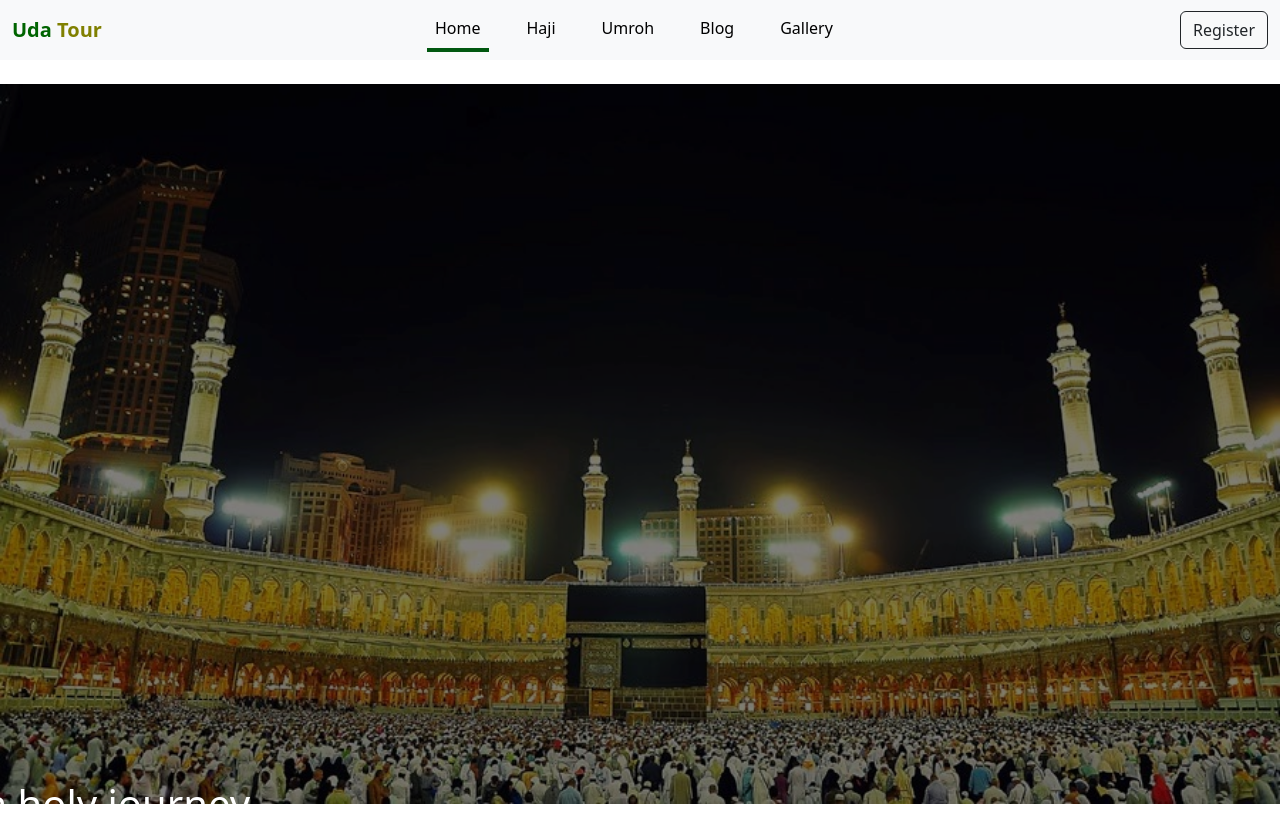
Repository: Putrabobi/Task7
Page: index.html
These files come from the project's save history. The page is drawn as it stood at one moment and after a run of saves; the edit follows.
The browser window is 1280 px wide. The pictures show the whole page.

Above is the page before, as saved 2024-03-25 10:36:49.

After the next 3 saves:
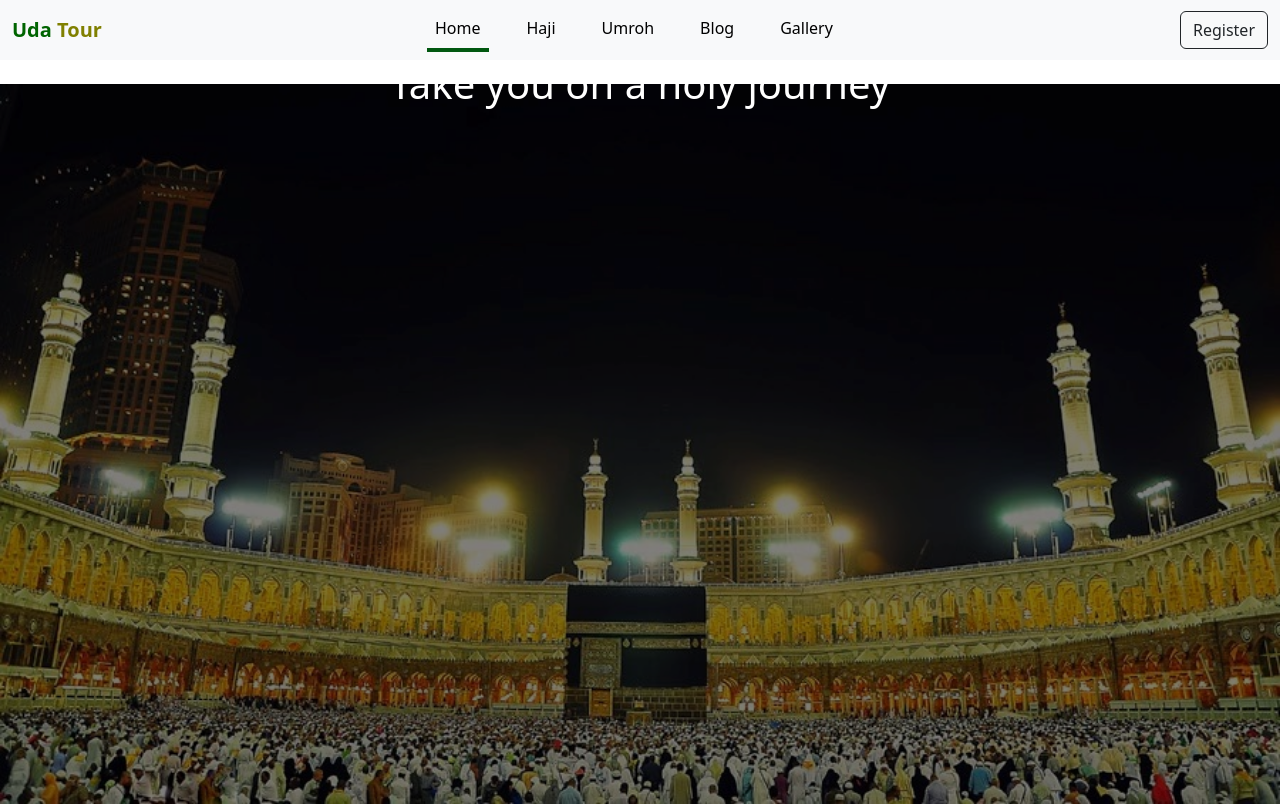
The 3 saves are shown as one change because they came seconds apart.
The last was saved 12 s later.
--- a/index.html
+++ b/index.html
@@ -48,7 +48,7 @@
 
     <div class="container-fluid p-0 position-relative">
         <img src="images/mekkah.jpg" style="filter: brightness(50%);" alt="Mekkah" width="100%">
-        <h1 class="position-absolute top-25 start-30 translate-middle text-center" style="color: white;">Take you on a holy journey</h1>
+        <h1 class="position-absolute start-50 top-0 translate-middle text-center" style="color: white;">Take you on a holy journey</h1>
     </div>
 
 
